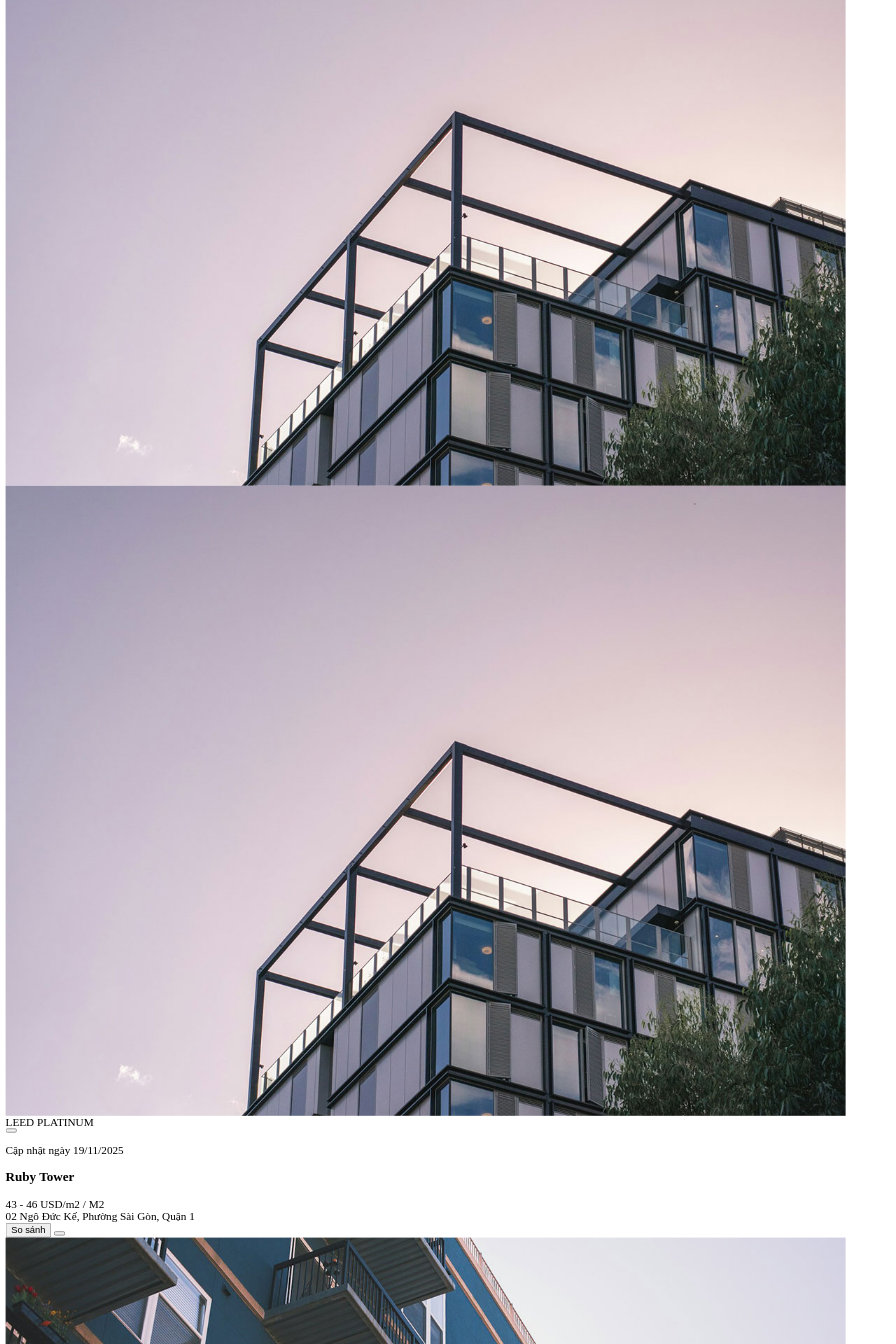
Repository: lannguyen1301/anphuholdings-main
Page: partials/office-rental/office-rental-ward-1.html
These files come from the project's save history. The page is drawn as it stood at one moment and after the next save; the edit follows.
The browser window is 1280 px wide. The pictures show the part of the page from y = 4580 to 6500 px (the page is 9579 px tall before and 8679 px after), at 70% of full size.

Above is the page before, as saved 2025-12-31 15:53:55.

### partials/office-rental/office-rental-ward-1.html
<div class="container overflow-hidden py-8 px-4 office-rental-swipe-container">
    <div class="mb-8 flex gap-5 items-center justify-between">
        <h2 data-aos="fade-right" data-aos-duration="1000" data-aos-easing="ease-in-out"
            class="text-xl md:text-2xl lg:text-3xl font-bold text-navy line-clamp-1 overflow-ellipsis">
            VĂN PHÒNG CHO THUÊ QUẬN 1
        </h2>

        <div data-aos="fade-up" data-aos-duration="1000" data-aos-easing="ease-in-out"
            class="flex gap-1 md:gap-3 min-w-[80px]">
            <button
                class="rounded-lg bg-navy px-2 py-1 md:px-5 md:py-2 text-white transition hover:bg-navy-light flex justify-center items-center">
                <span class="hidden md:block text-md lg:text-lg">Xem toàn bộ</span>
                <i class="fa fa-eye block md:hidden text-xs sm:text-md"></i>
            </button>
            <button
                class="office-rental-swiper-prev rounded-lg border border-gray-300 p-1 md:p-2 transition hover:bg-gold/10 min-w-[22px]">
                <i class="fas fa-chevron-left text-navy text-xs sm:text-md md:text-lg lg:text-xl"></i>
            </button>
            <button
                class="office-rental-swiper-next rounded-lg border border-gray-300 p-1 md:p-2 transition hover:bg-gold/10 min-w-[22px]">
                <i class="fas fa-chevron-right text-navy text-xs sm:text-md md:text-lg lg:text-xl"></i>
            </button>
        </div>
    </div>

    <!-- Swiper -->
    <div data-aos="fade-left" data-aos-duration="1000" data-aos-easing="ease-in-out" data-aos-offset="150"
        class="office-rental-swiper overflow-hidden px-2 py-3">
        <div class="swiper-wrapper">
            <!-- Card 1 -->
            <div class="swiper-slide flex-shrink-0 overflow-hidden rounded-2xl shadow-md transition hover:shadow-xl border-4"
                style="width: 292px;" data-aos="fade-right">
                <div class="relative overflow-hidden">
                    <a href="van-phong-tron-goi-detail.html">
                        <div class="flex h-48 items-center justify-center bg-slate-200">
                            <img src="assets/images/detail/detail-1.jpg" alt=""
                                class="block w-full h-full object-cover aspect-4/3">
                        </div>
                    </a>
                    <div class="absolute left-3 top-2 rounded bg-gold px-2 py-1 text-xs font-semibold text-white">
                        LEED PLATINUM
                    </div>
                    <button class="absolute right-3 top-3 rounded-lg bg-white p-2 shadow transition hover:bg-gray-50">
                        <i class="far fa-heart text-gold"></i>
                    </button>
                </div>

                <div class="p-4">
                    <p class="mb-1 text-sm text-gray-500">
                        Cập nhật ngày 19/11/2025
                    </p>
                    <h3 class="mb-3 text-lg font-semibold text-navy overflow-ellipsis line-clamp-1">
                        Mê Linh Point Tower
                    </h3>

                    <div class="mb-2 flex items-center gap-2">
                        <i class="fas fa-tag text-sm text-navy"></i>
                        <span class="font-semibold text-gold">43 - 46 USD/m2</span>
                        <span class="text-gray-600">/ M2</span>
                    </div>

                    <div class="mb-4 flex items-start gap-2 text-sm text-gray-600">
                        <i class="fas fa-map-marker-alt mt-1 text-navy"></i>
                        <span class="w-full overflow-ellipsis line-clamp-1">02 Ngô Đức Kế, Phường Sài Gòn, Quận 1</span>
                    </div>

                    <div class="flex items-center justify-between">
                        <button
                            class="rounded-xl border border-navy px-4 py-2 text-sm text-navy transition hover:bg-navy hover:text-white">
                            So sánh
                        </button>
                        <button class="rounded-xl border border-gray-300 p-2 transition hover:bg-gold/10">
                            <i class="far fa-clone text-navy"></i>
                        </button>
                    </div>
                </div>
            </div>

            <!-- Card 2 -->
            <div class="swiper-slide flex-shrink-0 overflow-hidden rounded-2xl shadow-md transition hover:shadow-xl border-4"
                style="width: 292px;" data-aos="fade-right">
                <div class="relative overflow-hidden">
                    <a href="van-phong-tron-goi-detail.html">
                        <div class="flex h-48 items-center justify-center bg-slate-200">
                            <img src="assets/images/detail/detail-2.jpg" alt=""
                                class="block w-full h-full object-cover aspect-4/3">
                        </div>
                    </a>
                    <div class="absolute left-3 top-3 rounded bg-gold px-2 py-1 text-xs font-semibold text-white">
                        LEED PLATINUM
                    </div>
                    <button class="absolute right-3 top-3 rounded-lg bg-white p-2 shadow transition hover:bg-gray-50">
                        <i class="far fa-heart text-gold"></i>
                    </button>
                </div>

                <div class="p-4">
                    <p class="mb-1 text-sm text-gray-500">
                        Cập nhật ngày 19/11/2025
                    </p>
                    <h3 class="mb-3 text-lg font-semibold text-navy overflow-ellipsis line-clamp-1">
                        Vietcombank Tower
                    </h3>

                    <div class="mb-2 flex items-center gap-2">
                        <i class="fas fa-tag text-sm text-navy"></i>
                        <span class="font-semibold text-gold">53 - 55 USD/m2</span>
                        <span class="text-gray-600">/ M2</span>
                    </div>

                    <div class="mb-4 flex items-start gap-2 text-sm text-gray-600">
                        <i class="fas fa-map-marker-alt mt-1 text-navy"></i>
                        <span class="w-full overflow-ellipsis line-clamp-1">5 Công Trường Mê Linh, Quận 1</span>
                    </div>

                    <div class="flex items-center justify-between">
                        <button
                            class="rounded-xl border border-navy px-4 py-2 text-sm text-navy transition hover:bg-navy hover:text-white">
                            So sánh
                        </button>
                        <button class="rounded-xl border border-gray-300 p-2 transition hover:bg-gold/10">
                            <i class="far fa-clone text-navy"></i>
                        </button>
                    </div>
                </div>
            </div>

            <!-- Card 3 -->
            <div class="swiper-slide flex-shrink-0 overflow-hidden rounded-2xl shadow-md transition hover:shadow-xl border-4"
                style="width: 292px;" data-aos="fade-right">
                <div class="relative overflow-hidden">
                    <a href="van-phong-tron-goi-detail.html">
                        <div class="flex h-48 items-center justify-center bg-slate-200">
                            <img src="assets/images/detail/detail-3.jpg" alt=""
                                class="block w-full h-full object-cover aspect-4/3">
                        </div>
                    </a>
                    <div class="absolute left-3 top-3 rounded bg-gold px-2 py-1 text-xs font-semibold text-white">
                        LEED PLATINUM
                    </div>
                    <button class="absolute right-3 top-3 rounded-lg bg-white p-2 shadow transition hover:bg-gray-50">
                        <i class="far fa-heart text-gold"></i>
                    </button>
                </div>

                <div class="p-4">
                    <p class="mb-1 text-sm text-gray-500">
                        Cập nhật ngày 21/11/2025
                    </p>
                    <h3 class="mb-3 text-lg font-semibold text-navy overflow-ellipsis line-clamp-1">
                        Sonatus Building
                    </h3>

                    <div class="mb-2 flex items-center gap-2">
                        <i class="fas fa-tag text-sm text-navy"></i>
                        <span class="font-semibold text-gold">43 - 45 USD/m2</span>
                        <span class="text-gray-600">/ M2</span>
                    </div>

                    <div class="mb-4 flex items-start gap-2 text-sm text-gray-600">
                        <i class="fas fa-map-marker-alt mt-1 text-navy"></i>
                        <span class="w-full overflow-ellipsis line-clamp-1">15 Lê Thánh Tôn, Quận 1</span>
                    </div>

                    <div class="flex items-center justify-between">
                        <button
                            class="rounded-xl border border-navy px-4 py-2 text-sm text-navy transition hover:bg-navy hover:text-white">
                            So sánh
                        </button>
                        <button class="rounded-xl border border-gray-300 p-2 transition hover:bg-gold/10">
                            <i class="far fa-clone text-navy"></i>
                        </button>
                    </div>
                </div>
            </div>

            <!-- Card 4 -->
            <div class="swiper-slide flex-shrink-0 overflow-hidden rounded-2xl shadow-md transition hover:shadow-xl border-4"
                style="width: 292px;" data-aos="fade-right">
                <div class="relative overflow-hidden">
                    <a href="van-phong-tron-goi-detail.html">
                        <div class="flex h-48 items-center justify-center bg-slate-200">
                            <img src="assets/images/detail/detail-4.jpg" alt=""
                                class="block w-full h-full object-cover aspect-4/3">
                        </div>

                    </a>
                    <div class="absolute left-3 top-3 rounded bg-gold px-2 py-1 text-xs font-semibold text-white">
                        LEED PLATINUM
                    </div>
                    <button class="absolute right-3 top-3 rounded-lg bg-white p-2 shadow transition hover:bg-gray-50">
                        <i class="far fa-heart text-gold"></i>
                    </button>
                </div>

                <div class="p-4">
                    <p class="mb-1 text-sm text-gray-500">
                        Cập nhật ngày 20/11/2025
                    </p>
                    <h3 class="mb-3 text-lg font-semibold text-navy overflow-ellipsis line-clamp-1">
                        VOV Building
                    </h3>

                    <div class="mb-2 flex items-center gap-2">
                        <i class="fas fa-tag text-sm text-navy"></i>
                        <span class="font-semibold text-gold">21 - 25 USD/m2</span>
                        <span class="text-gray-600">/ M2</span>
                    </div>

                    <div class="mb-4 flex items-start gap-2 text-sm text-gray-600">
                        <i class="fas fa-map-marker-alt mt-1 text-navy"></i>
                        <span class="w-full overflow-ellipsis line-clamp-1">7 Nguyễn Thị Minh Khai, Quận 1</span>
                    </div>

                    <div class="flex items-center justify-between">
                        <button
                            class="rounded-xl border border-navy px-4 py-2 text-sm text-navy transition hover:bg-navy hover:text-white">
                            So sánh
                        </button>
                        <button class="rounded-xl border border-gray-300 p-2 transition hover:bg-gold/10">
                            <i class="far fa-clone text-navy"></i>
                        </button>
                    </div>
                </div>
            </div>
            <!-- Card 5 -->
            <div class="swiper-slide flex-shrink-0 overflow-hidden rounded-2xl shadow-md transition hover:shadow-xl border-4"
                style="width: 292px;" data-aos="fade-right">
                <div class="relative overflow-hidden">
                    <a href="van-phong-tron-goi-detail.html">
                        <div class="flex h-48 items-center justify-center bg-slate-200">
                            <img src="assets/images/detail/detail-5.jpg" alt=""
                                class="block w-full h-full object-cover aspect-4/3">
                        </div>
                    </a>
                    <div class="flex h-48 items-center justify-center bg-slate-200">
                        <img src="assets/images/detail/detail-5.jpg" alt=""
                            class="block w-full h-full object-cover aspect-4/3">
                        <!-- <i class="fas fa-image text-5xl text-gray-400"></i> -->
                    </div>
                    <div class="absolute left-3 top-2 rounded bg-gold px-2 py-1 text-xs font-semibold text-white">
                        LEED PLATINUM
                    </div>
                    <button class="absolute right-3 top-3 rounded-lg bg-white p-2 shadow transition hover:bg-gray-50">
                        <i class="far fa-heart text-gold"></i>
                    </button>
                </div>

                <div class="p-4">
                    <p class="mb-1 text-sm text-gray-500">
                        Cập nhật ngày 19/11/2025
                    </p>
                    <h3 class="mb-3 text-lg font-semibold text-navy overflow-ellipsis line-clamp-1">
                        Ruby Tower
                    </h3>

                    <div class="mb-2 flex items-center gap-2">
                        <i class="fas fa-tag text-sm text-navy"></i>
                        <span class="font-semibold text-gold">43 - 46 USD/m2</span>
                        <span class="text-gray-600">/ M2</span>
                    </div>

                    <div class="mb-4 flex items-start gap-2 text-sm text-gray-600">
                        <i class="fas fa-map-marker-alt mt-1 text-navy"></i>
                        <span class="w-full overflow-ellipsis line-clamp-1">02 Ngô Đức Kế, Phường Sài Gòn, Quận 1</span>
                    </div>

                    <div class="flex items-center justify-between">
                        <button
                            class="rounded-xl border border-navy px-4 py-2 text-sm text-navy transition hover:bg-navy hover:text-white">
                            So sánh
                        </button>
                        <button class="rounded-xl border border-gray-300 p-2 transition hover:bg-gold/10">
                            <i class="far fa-clone text-navy"></i>
                        </button>
                    </div>
                </div>
            </div>

            <!-- Card 6 -->
            <div class="swiper-slide flex-shrink-0 overflow-hidden rounded-2xl shadow-md transition hover:shadow-xl border-4"
                style="width: 292px;" data-aos="fade-right">
                <div class="relative overflow-hidden">
                    <div class="flex h-48 items-center justify-center bg-slate-200">
                        <img src="assets/images/detail/detail-6.jpg" alt=""
                            class="block w-full h-full object-cover aspect-4/3">
                    </div>
                    <div class="absolute left-3 top-3 rounded bg-gold px-2 py-1 text-xs font-semibold text-white">
                        LEED PLATINUM
                    </div>
                    <button class="absolute right-3 top-3 rounded-lg bg-white p-2 shadow transition hover:bg-gray-50">
                        <i class="far fa-heart text-gold"></i>
                    </button>
                </div>

                <div class="p-4">
                    <p class="mb-1 text-sm text-gray-500">
                        Cập nhật ngày 19/11/2025
                    </p>
                    <h3 class="mb-3 text-lg font-semibold text-navy overflow-ellipsis line-clamp-1">
                        Havana Tower
                    </h3>

                    <div class="mb-2 flex items-center gap-2">
                        <i class="fas fa-tag text-sm text-navy"></i>
                        <span class="font-semibold text-gold">53 - 55 USD/m2</span>
                        <span class="text-gray-600">/ M2</span>
                    </div>

                    <div class="mb-4 flex items-start gap-2 text-sm text-gray-600">
                        <i class="fas fa-map-marker-alt mt-1 text-navy"></i>
                        <span class="w-full overflow-ellipsis line-clamp-1">5 Công Trường Mê Linh, Quận 1</span>
                    </div>

                    <div class="flex items-center justify-between">
                        <button
                            class="rounded-xl border border-navy px-4 py-2 text-sm text-navy transition hover:bg-navy hover:text-white">
                            So sánh
                        </button>
                        <button class="rounded-xl border border-gray-300 p-2 transition hover:bg-gold/10">
                            <i class="far fa-clone text-navy"></i>
                        </button>
                    </div>
                </div>
            </div>

            <!-- Card 7 -->
            <div class="swiper-slide flex-shrink-0 overflow-hidden rounded-2xl shadow-md transition hover:shadow-xl border-4"
                style="width: 292px;" data-aos="fade-right">
                <div class="relative overflow-hidden">
                    <div class="flex h-48 items-center justify-center bg-slate-200">
                        <img src="assets/images/detail/detail-7.jpg" alt=""
                            class="block w-full h-full object-cover aspect-4/3">
                    </div>
                    <div class="absolute left-3 top-3 rounded bg-gold px-2 py-1 text-xs font-semibold text-white">
                        LEED PLATINUM
                    </div>
                    <button class="absolute right-3 top-3 rounded-lg bg-white p-2 shadow transition hover:bg-gray-50">
                        <i class="far fa-heart text-gold"></i>
                    </button>
                </div>

                <div class="p-4">
                    <p class="mb-1 text-sm text-gray-500">
                        Cập nhật ngày 21/11/2025
                    </p>
                    <h3 class="mb-3 text-lg font-semibold text-navy overflow-ellipsis line-clamp-1">
                        The Nexus
                    </h3>

                    <div class="mb-2 flex items-center gap-2">
                        <i class="fas fa-tag text-sm text-navy"></i>
                        <span class="font-semibold text-gold">43 - 45 USD/m2</span>
                        <span class="text-gray-600">/ M2</span>
                    </div>

                    <div class="mb-4 flex items-start gap-2 text-sm text-gray-600">
                        <i class="fas fa-map-marker-alt mt-1 text-navy"></i>
                        <span class="w-full overflow-ellipsis line-clamp-1">15 Lê Thánh Tôn, Quận 1</span>
                    </div>

                    <div class="flex items-center justify-between">
                        <button
                            class="rounded-xl border border-navy px-4 py-2 text-sm text-navy transition hover:bg-navy hover:text-white">
                            So sánh
                        </button>
                        <button class="rounded-xl border border-gray-300 p-2 transition hover:bg-gold/10">
                            <i class="far fa-clone text-navy"></i>
                        </button>
                    </div>
                </div>
            </div>

            <!-- Card 8 -->
            <div class="swiper-slide flex-shrink-0 overflow-hidden rounded-2xl shadow-md transition hover:shadow-xl border-4"
                style="width: 292px;" data-aos="fade-right">
                <div class="relative overflow-hidden">
                    <div class="flex h-48 items-center justify-center bg-slate-200">
                        <img src="assets/images/detail/detail-8.jpg" alt=""
                            class="block w-full h-full object-cover aspect-4/3">
                    </div>
                    <div class="absolute left-3 top-3 rounded bg-gold px-2 py-1 text-xs font-semibold text-white">
                        LEED PLATINUM
                    </div>
                    <button class="absolute right-3 top-3 rounded-lg bg-white p-2 shadow transition hover:bg-gray-50">
                        <i class="far fa-heart text-gold"></i>
                    </button>
                </div>

                <div class="p-4">
                    <p class="mb-1 text-sm text-gray-500">
                        Cập nhật ngày 20/11/2025
                    </p>
                    <h3 class="mb-3 text-lg font-semibold text-navy overflow-ellipsis line-clamp-1">
                        Saigon Marina IFC
                    </h3>

                    <div class="mb-2 flex items-center gap-2">
                        <i class="fas fa-tag text-sm text-navy"></i>
                        <span class="font-semibold text-gold">21 - 25 USD/m2</span>
                        <span class="text-gray-600">/ M2</span>
                    </div>

                    <div class="mb-4 flex items-start gap-2 text-sm text-gray-600">
                        <i class="fas fa-map-marker-alt mt-1 text-navy"></i>
                        <span class="w-full overflow-ellipsis line-clamp-1">7 Nguyễn Thị Minh Khai, Quận 1</span>
                    </div>

                    <div class="flex items-center justify-between">
                        <button
                            class="rounded-xl border border-navy px-4 py-2 text-sm text-navy transition hover:bg-navy hover:text-white">
                            So sánh
                        </button>
                        <button class="rounded-xl border border-gray-300 p-2 transition hover:bg-gold/10">
                            <i class="far fa-clone text-navy"></i>
                        </button>
                    </div>
                </div>
            </div>
        </div>
    </div>
</div>

After the next save:
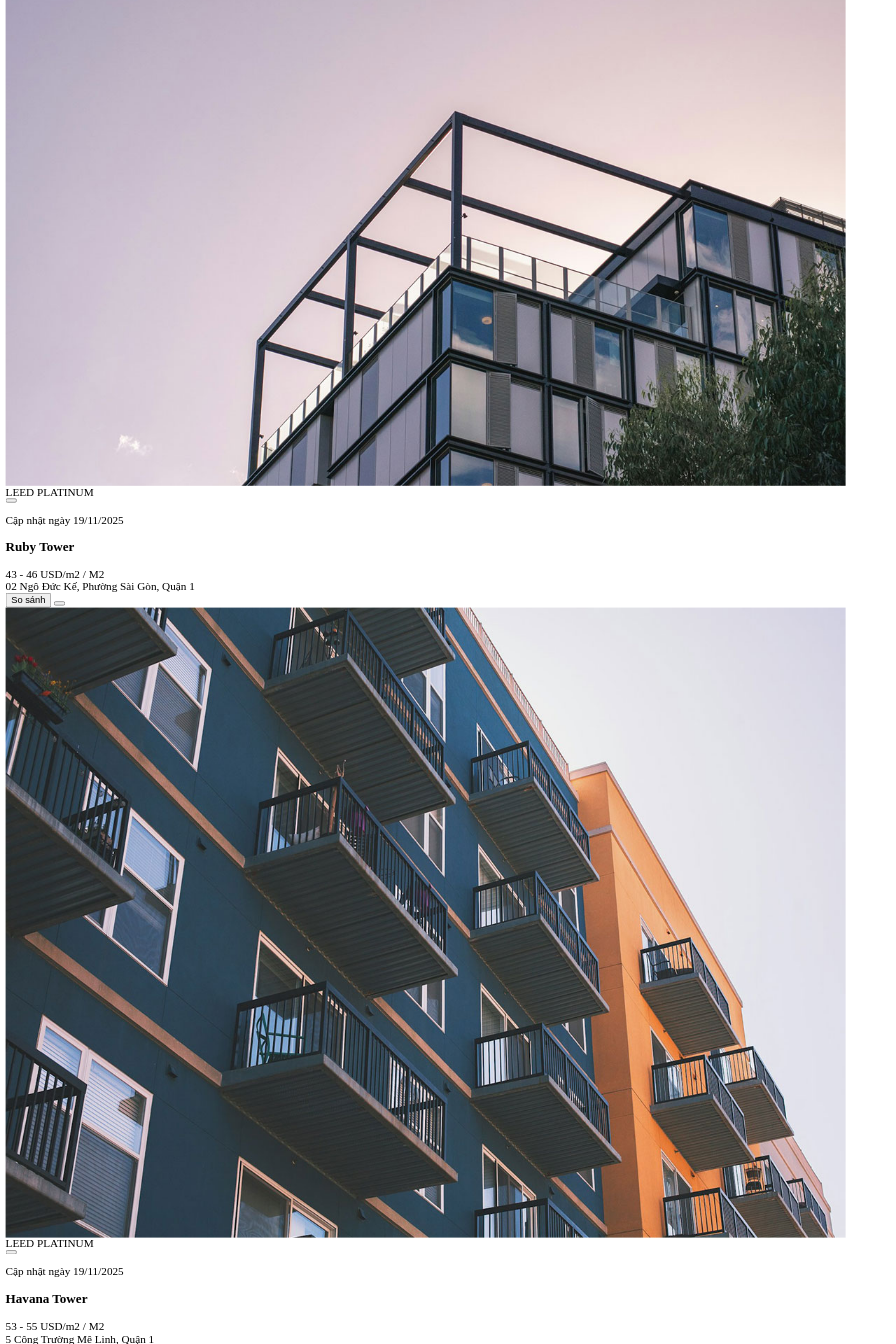
Saved 10 s later.
--- a/partials/office-rental/office-rental-ward-1.html
+++ b/partials/office-rental/office-rental-ward-1.html
@@ -233,11 +233,6 @@
                                 class="block w-full h-full object-cover aspect-4/3">
                         </div>
                     </a>
-                    <div class="flex h-48 items-center justify-center bg-slate-200">
-                        <img src="assets/images/detail/detail-5.jpg" alt=""
-                            class="block w-full h-full object-cover aspect-4/3">
-                        <!-- <i class="fas fa-image text-5xl text-gray-400"></i> -->
-                    </div>
                     <div class="absolute left-3 top-2 rounded bg-gold px-2 py-1 text-xs font-semibold text-white">
                         LEED PLATINUM
                     </div>
